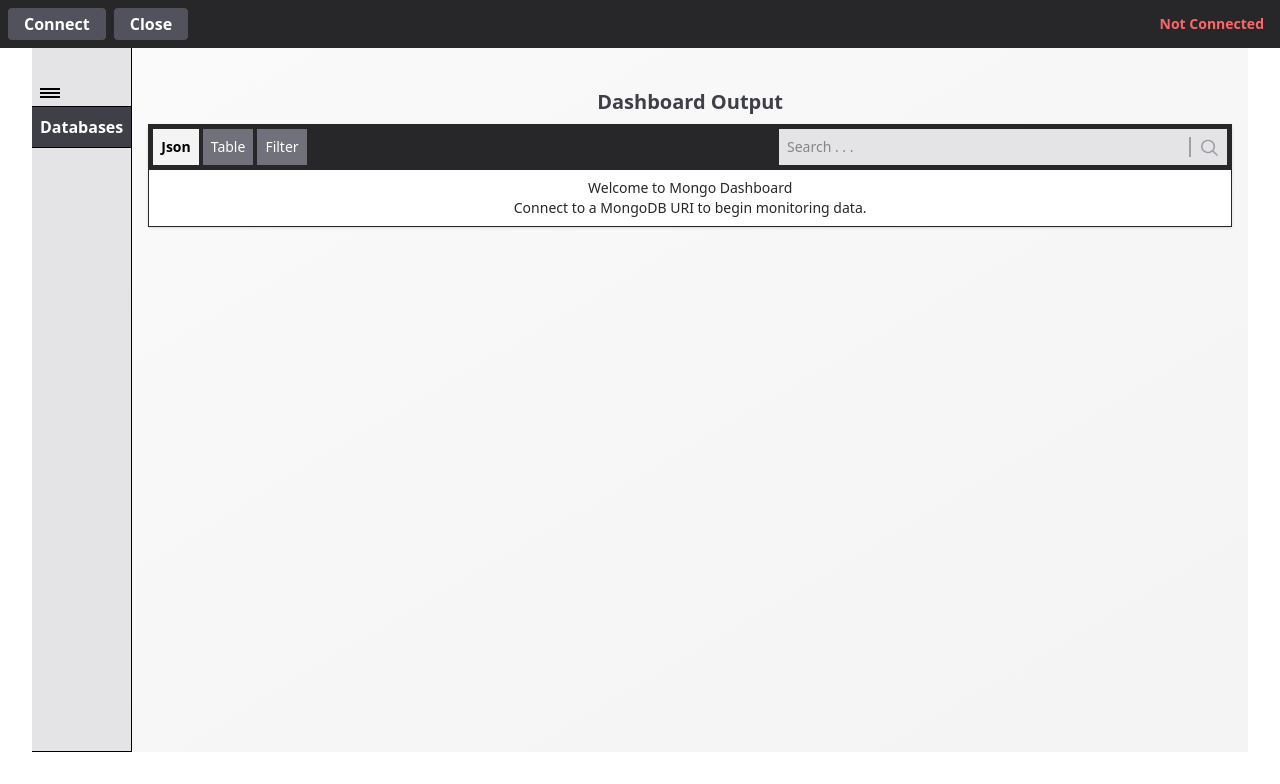
Repository: aryan151pratap/Dashboard
Page: / (app in frontened/)
An editor plug-in stored every save of this project. The page is shown before and after the next save, followed by the edit.
The browser window is 1280 px wide. The pictures show the whole page.
The page's requests for data from a server got no answer. The project was rebuilt for these pictures with package versions that can differ from the ones it lists, and the page was loaded fresh each time. No one was signed in, and anything a server would have sent is missing. Also part of the build but not shown: frontened/vite.config.js, frontened/src/component/connect.jsx, frontened/src/component/table.jsx, frontened/src/component/show.jsx, frontened/src/component/KeySelector.jsx, frontened/src/component/filter.jsx.

Above is the page before, as saved 2025-06-25 14:56:13.

### frontened/index.html
<!doctype html>
<html lang="en">
  <head>
    <meta charset="UTF-8" />
    <link rel="icon" type="image/svg+xml" href="/vite.svg" />
    <meta name="viewport" content="width=device-width, initial-scale=1.0" />
    <title>Dashboard</title>
    <script src="https://cdn.jsdelivr.net/npm/@tailwindcss/browser@4"></script>

  </head>
  <body>
    <div id="root"></div>
    <script type="module" src="/src/main.jsx"></script>
  </body>
</html>

### frontened/src/App.jsx
import { useState } from 'react'
import './App.css'
import Page from './component/page'

function App() {

  return (
    <>
    <div className='h-screen max-w-full'>
      <Page/>
    </div>
    </>
  )
}

export default App

### frontened/src/component/page.jsx
import Bar from "./bar";

function Page(){
	return(
		<>
		<div className="h-full w-full bg-gradient-to-br from-zinc-50 to-zinc-100">
			<Bar/>
		</div>
		</>
	)
}

export default Page;

### frontened/src/component/bar.jsx
import { useState } from "react";
import Connect from "./connect";
import Dashboard from "./dashboard";

function Bar() {
	const [buttons] = useState(["connect", "close"]);
	const [showModal, setShowModal] = useState(false);
	const [connected, setConnected] = useState('not');
	const [cluster, setCluster] = useState([]);

	return (
		<div>
			{/* Top Navbar */}
			<div className="w-full fixed top-0 left-0 flex justify-between items-center bg-zinc-800 text-white z-10">
				<div className="flex gap-2 p-2">
					{buttons.map((i, index) => (
						<button
						key={index}
						onClick={() => i === "connect" && setShowModal(true)}
						className="capitalize font-semibold bg-zinc-600 px-4 py-1 rounded hover:bg-zinc-700"
						>
						{i}
						</button>
					))}
				</div>
				<div className="h-full">
					{connected === 'connecting' ?
						<div className="flex items-center gap-2 px-4 py-2 text-sm font-semibold text-blue-500">
							<div className="w-5 h-5 border-3 border-blue-500 border-t-transparent rounded-full animate-spin"></div>
							<span>Connecting...</span>
						</div>

						:
						<p className={`px-4 py-2 relative font-semibold text-sm ${connected !== 'not' ? "text-green-400 " : "text-red-400"}`}>
							{connected !== 'not' &&
								<div>
									<div className="absolute right-1 top-0 p-1 rounded-full bg-green-400">
									</div>
									<div className="absolute right-1 top-0 p-1 rounded-full bg-green-400 animate-ping">
									</div>
								</div>
							}
							<span>{connected !== 'not' ? "Connected" : "Not Connected"}</span>
						</p>
					}
				</div>
			</div>

			<div className="w-full">
				<Dashboard cluster={cluster}/>
			</div>



			{showModal && (
				<Connect
					setConnected={setConnected}
					setShowModal={setShowModal}
					setCluster={setCluster}
				/>
			)}
		</div>
	);
}

export default Bar;

### frontened/src/component/dashboard.jsx
import { useState } from "react";
import Left_bar from "../bars/left_bar";
import Right_bar from "../bars/right_bar";

function Dashboard({ cluster }){

	const [collection, setCollection] = useState(null);

	return(
		<>
		<div className="w-full flex sm:flex-row flex-col">

			<div className="w-fit">
				<Left_bar setCollection={setCollection} cluster={cluster}/>
			</div>

			<div className="w-full overflow-auto">
				<Right_bar collection={collection}/>
			</div>

		</div>
		</>
	)
}

export default Dashboard;

### frontened/src/bars/left_bar.jsx
import { useState } from "react";
import clusterData from "../data/clusterData";
const apiUrl = import.meta.env.VITE_BACKEND_ADD;

function Left_bar({ setCollection, cluster }){
	const [current_database, setCurrent_database] = useState(null);
	const [current_collection, setCurrent_collection] = useState(null);
	const [loading, setLoading] = useState(false);
	const [open, setOpen] = useState(false);

	const handle_current_database = function(i){
		setCurrent_database(i);
	}

	const handle_current_collections = async function(i){
		setCurrent_collection(i);
		const new_data = {
			uri: cluster.uri,
			database: current_database.name,
			collection: i,
		}
		try{
			setLoading(true);
			if(new_data){
				const res = await fetch(`${apiUrl}/api/collection/`, {
					method: 'POST',
					headers: {
						'Content-Type': 'application/json',
					},
					credentials: 'include',
					body: JSON.stringify(new_data),
				})

				const result = await res.json();
				if(result.ok){
					const collection = {
						cluster: cluster.name,
						...new_data,
						data: result.data
					}
					setCollection(collection);
				} else {
					console.error(result.message || 'Login failed');
				}
			}
		} catch (err) {
			console.log(err);
		} finally {
			setLoading(false);
		}
	}

	return(
		<>
		<div className="sticky top-0 shrink-0 h-fit sm:h-screen w-full sm:w-fit pt-12 bg-zinc-200 border-b sm:border-r">
			<div className="bg-zinc-200 border-b p-2">
				<div className="w-5 flex flex-col gap-[2px] cursor-pointer"
				onClick={() => setOpen(!open)}
				>
					<div className="py-[1px] bg-black"></div>
					<div className="py-[1px] bg-black"></div>
					<div className="py-[1px] bg-black"></div>
				</div>
			</div>

			{open ?
			<div>

			</div>
			:
			<div>
				<div className="flex flex-row border-b">
					<button className={`sm:w-full sm:text-center font-bold px-2 py-2 ${current_database === null ? 'text-white bg-zinc-700' : 'text-zinc-700'}`}
						onClick={() => setCurrent_database(null)}
					>
						{current_database ?
						<span className="flex flex-col">{current_database.name}<span className="text-[10px] capitalize">(database)</span></span>
						:
						<span>Databases</span>
						}
					</button>

					{current_database &&
						<button className={`sm:text-center font-bold px-4 py-2 ${current_database !== null ? 'text-white bg-zinc-700' : 'text-zinc-700'}`}>Collections</button>
					}
				</div>


				<ul className="text-sm flex sm:flex-col flex-row overflow-x-auto">
				{current_database ?
				<>
					{current_database.collections?.map((i, index) => (
						<li key={index} className={`${current_collection === i ? 'bg-zinc-800 text-white font-semibold' : ''} flex hover:underline cursor-pointer border-r sm:border-r-0 sm:border-b px-4 py-2`}
						onClick={() => handle_current_collections(i)}
						>
							{i}
							{(loading && current_collection === i) &&
								<div className="ml-auto w-5 h-5 border-3 border-green-500 border-t-transparent rounded-full animate-spin"></div>
							}
						</li>
					))}
				</>
				:
				<>
					{cluster.databases?.map((i, index) => (
						<li key={index} className="hover:underline cursor-pointer border-r sm:border-r-0 sm:border-b px-4 py-2"
						onClick={() => handle_current_database(i)}
						>
							{i.name}
						</li>
					))}
				</>
				}
				</ul>
			</div>
			}
		</div>
		</>
	)
}

export default Left_bar;

### frontened/src/bars/right_bar.jsx
import { useEffect, useState } from "react";
import Table from "../component/table";
import Search from "../component/search";
import Filter from "../component/filter";

function Right_bar({ collection }){

	const [tab, setTab] = useState(['json', 'table', 'filter']);
	const [current_tab, setCurrrent_tab] = useState('json');

	useEffect(() => {
		setCurrrent_tab('json');
	},[collection])

	return(
		<>
		<div className="w-full sm:pt-14 p-2 sm:p-4">
			<h1 className="text-xl font-bold mb-2 text-zinc-700">Dashboard Output</h1>

			{collection &&
				<div className="bg-zinc-200 p-2 mb-2">
					<div className="flex flex-row gap-2 overflow-x-auto font-semibold text-zinc-700">
						<span className="flex flex-row items-center shrink-0 hover:underline cursor-pointer">
							<span className="flex flex-col">{collection.cluster}
								<span className="text-[12px]">(cluster)</span>
							</span>
							<svg xmlns="http://www.w3.org/2000/svg" className="w-4 h-4 ml-1 inline-block" fill="none" viewBox="0 0 24 24" stroke="currentColor" strokeWidth={2}>
								<path strokeLinecap="round" strokeLinejoin="round" d="M9 5l7 7-7 7" />
							</svg>
						</span>
						<span className="flex flex-row items-center shrink-0 hover:underline cursor-pointer">
							<span className="flex flex-col">{collection.database}
								<span className="text-[12px]">(database)</span>
							</span>
							<svg xmlns="http://www.w3.org/2000/svg" className="w-4 h-4 ml-1 inline-block" fill="none" viewBox="0 0 24 24" stroke="currentColor" strokeWidth={2}>
								<path strokeLinecap="round" strokeLinejoin="round" d="M9 5l7 7-7 7" />
							</svg>
						</span>
						<span className="flex flex-row items-center shrink-0 hover:underline cursor-pointer">
							<span className="flex flex-col">{collection.collection}
								<span className="text-[12px]">(collection)</span>
							</span>
						</span>
					</div>
				</div>
			}

			<div className="bg-white border  shadow text-sm text-zinc-800 overflow-hidden">
				<div className="bg-zinc-800 flex gap-1 p-1 border-b">
					{tab.map((i, index) => (
						<button key={index} className={`${current_tab === i ? 'bg-zinc-100 text-black font-bold' : 'bg-zinc-500 text-white'} px-2 py-1 capitalize cursor-pointer`}
						onClick={() => setCurrrent_tab(i)}
						>
							{i}
						</button>
					))}
					<div className="w-md bg-zinc-400 ml-auto">
						<Search/>
					</div>
				</div>


				<div className="overflow-x-auto">

					{collection?.data.length > 0 ?
						<div className="">
							{current_tab === 'table' ?
							<div>
								<Table collection={collection.data}/>
							</div>
							:
							current_tab === 'filter' ?
							<div>
								<Filter collection={collection}/>
							</div>
							:
								<div>
									{collection.data.map((i, index) => (
										<pre key={index} className="bg-black text-green-400 p-4 rounded overflow-x-auto text-sm">
											{JSON.stringify(i, null, 2)}
										</pre>
									))}
								</div>
							}
					</div>
					:
					<div className="p-2">
						<p>Welcome to Mongo Dashboard</p>
						<p>Connect to a MongoDB URI to begin monitoring data.</p>
					</div>
					}
				</div>
			</div>
		</div>
		</>
	)
}

export default Right_bar;

### frontened/src/data/clusterData.js
const clusterData = {
  name: "iotCluster",
  uri: "mongodb+srv://admin:pass@iotcluster.mongodb.net", // optional metadata
  databases: [
    {
      name: "sensorDB",
      collections: ["temperature", "humidity", "pressure"]
    },
    {
      name: "deviceLogs",
      collections: ["bootLogs", "errorLogs", "runtimeStats"]
    },
    {
      name: "statusDB",
      collections: ["uptime", "statusHistory", "batteryHealth"]
    }
  ]
};

export default clusterData;

### frontened/src/component/search.jsx
import { useEffect, useState } from "react";
import search_img from '../image/search.png';

function Search({ data, setData }){

	const [search, setSearch] = useState("");



	return(
		<>
		<div className="w-full px-2 py-2 flex gap-2 bg-zinc-200">
			<input type="text" value={search} placeholder="Search . . ." className="w-full md:w-[50%] outline-none"
			onChange={(e) => {setSearch(e.target.value)}}
			/>
			<div className="text-zinc-400 items-center flex gap-2 flex-row justify-center ml-auto">
				{search.trim() !== '' &&
					<button className="text-zinc-500"
					onClick={() => setSearch('')}
					>
						<svg xmlns="http://www.w3.org/2000/svg" className="h-5 w-5" fill="none" viewBox="0 0 24 24" stroke="currentColor">
							<path strokeLinecap="round" strokeLinejoin="round" strokeWidth={2} d="M6 18L18 6M6 6l12 12" />
						</svg>
					</button>
				}
				<div className="border-1 h-full"></div>
				<img src={search_img} alt="" className="w-5 h-5"/>
			</div>
		</div>
		</>
	)
}

export default Search;

Loaded but not shown: frontened/src/main.jsx (common file); frontened/src/App.css (common file)

After the next save:
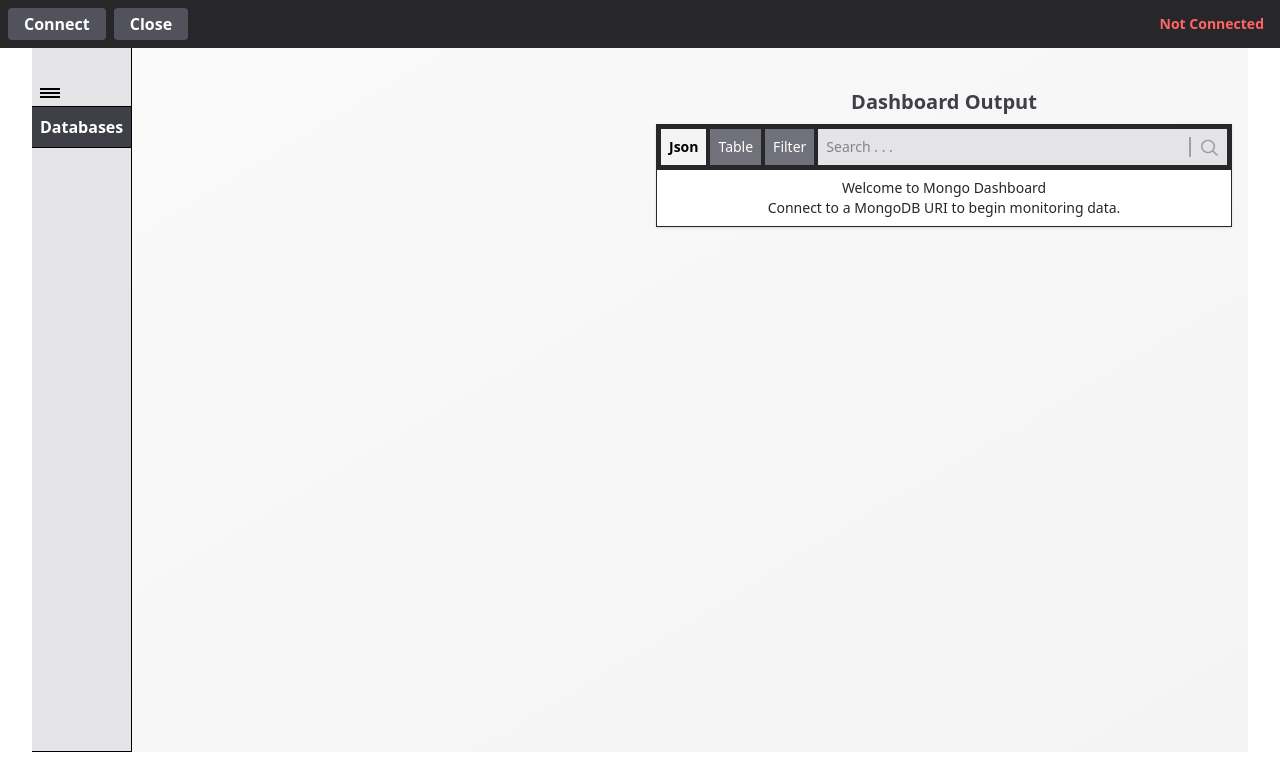
Saved 72 s later.
--- a/frontened/src/component/dashboard.jsx
+++ b/frontened/src/component/dashboard.jsx
@@ -10,7 +10,7 @@
 		<>
 		<div className="w-full flex sm:flex-row flex-col">
 
-			<div className="w-fit">
+			<div className="w-full">
 				<Left_bar setCollection={setCollection} cluster={cluster}/>
 			</div>
 

After the 2 saves that followed:
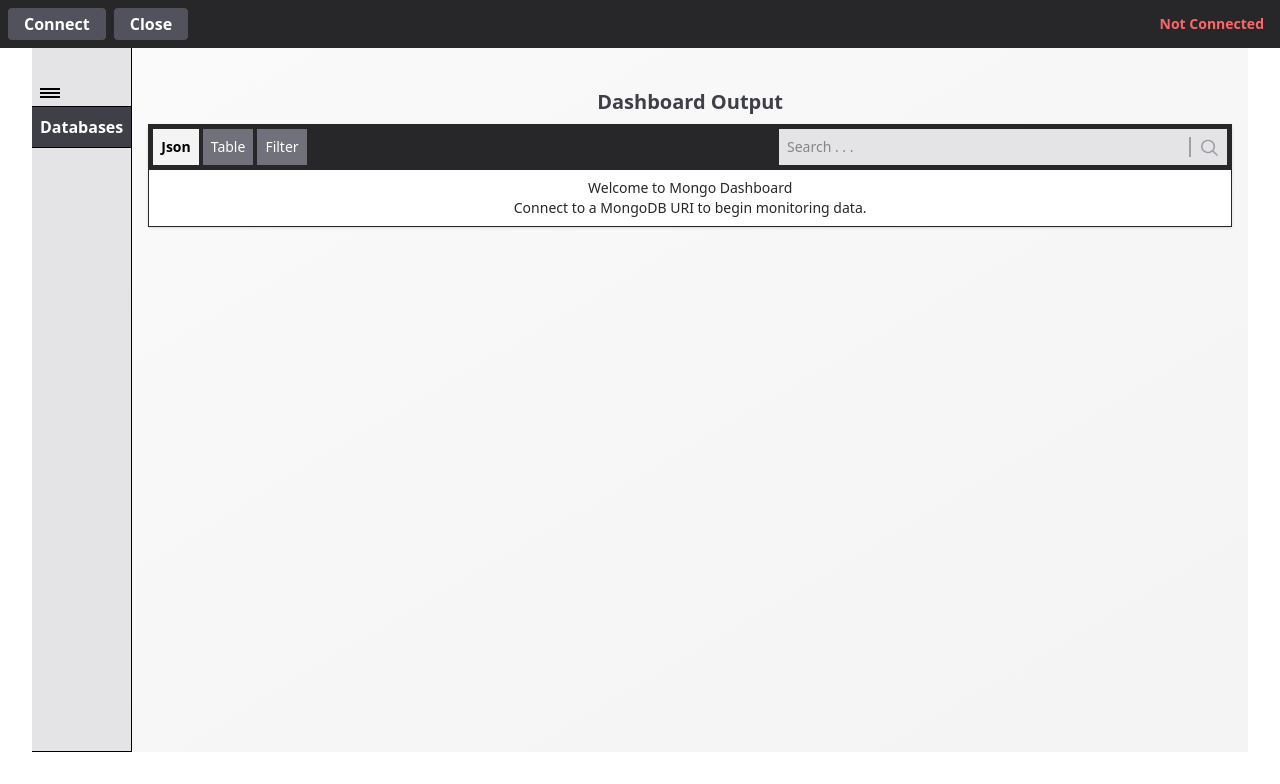
The 2 saves are shown as one change because 1 left the picture as it was.
The last was saved 17 s later.
--- a/frontened/src/component/dashboard.jsx
+++ b/frontened/src/component/dashboard.jsx
@@ -10,7 +10,7 @@
 		<>
 		<div className="w-full flex sm:flex-row flex-col">
 
-			<div className="w-full">
+			<div className="w-full sm:w-fit">
 				<Left_bar setCollection={setCollection} cluster={cluster}/>
 			</div>
 
